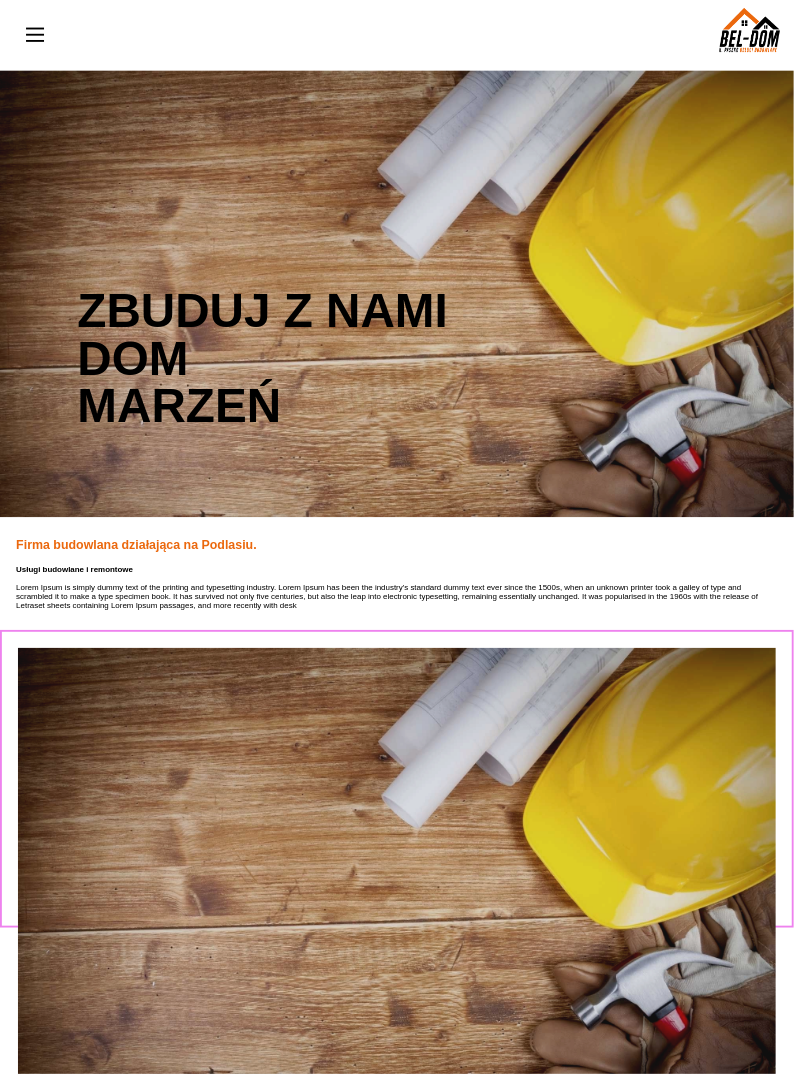
Repository: JakubPaszko2001/bel
Page: index.html
An editor plug-in stored every save of this project. The page is shown before and after the next save, followed by the edit.
The browser window is 1280 px wide. The pictures show the whole page, at 62% of full size.
Some web fonts or font styles are not loaded; a fallback is used.

Above is the page before, as saved 2022-01-05 22:50:55.

After the next save:
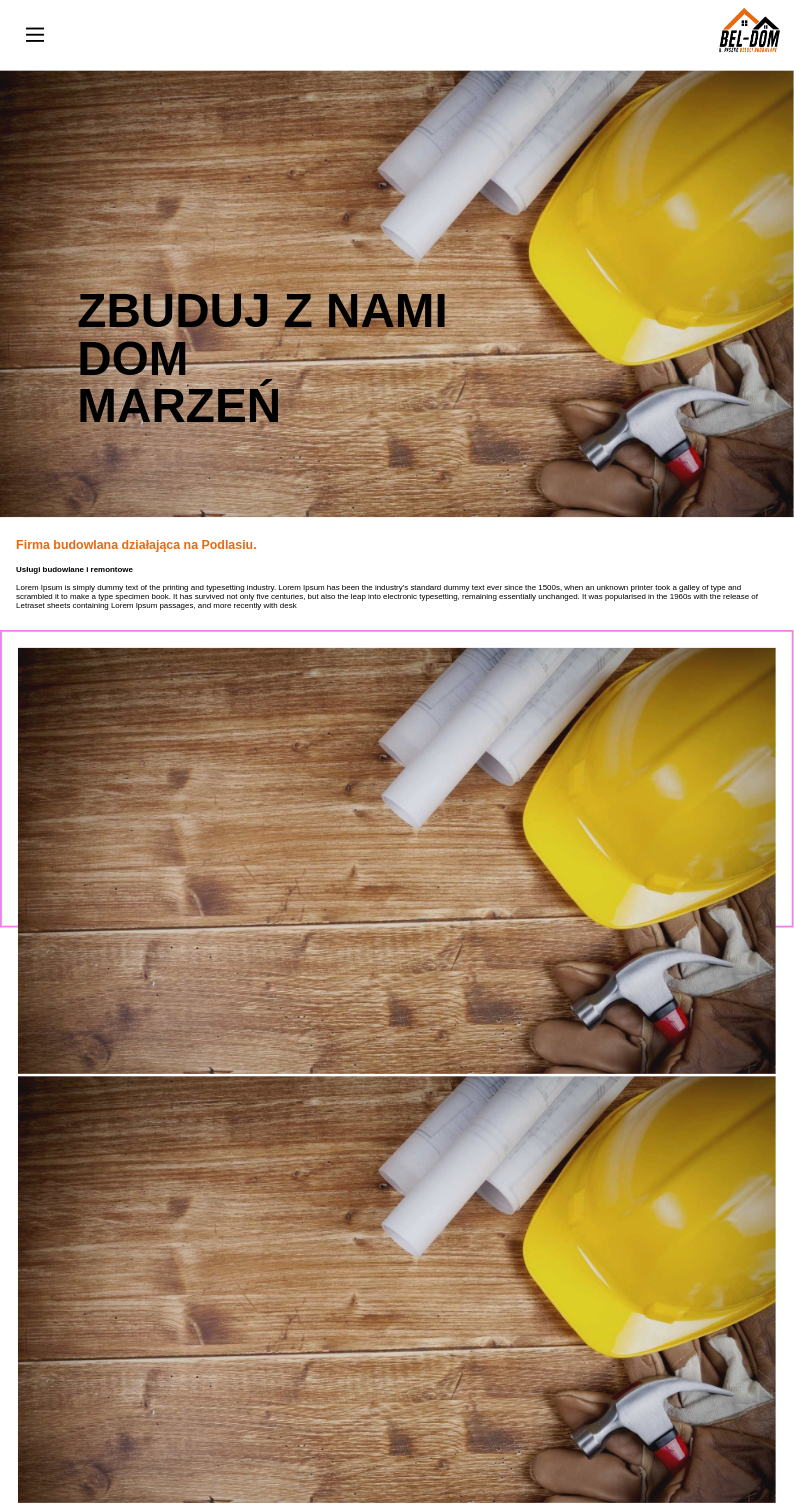
Saved 33 s later.
--- a/index.html
+++ b/index.html
@@ -53,7 +53,7 @@
     </div>
     <div class="main--photos">
         <img class="photo photo1" src="./images/tlo1.png" alt="photo1">
-        <!-- <img class="photo photo2" src="./images/tlo1.png" alt="photo2"> -->
+        <img class="photo photo2" src="./images/tlo1.png" alt="photo2">
     </div>
 </main>
 <script src="./js/script.js" type="text/javascript"></script>
